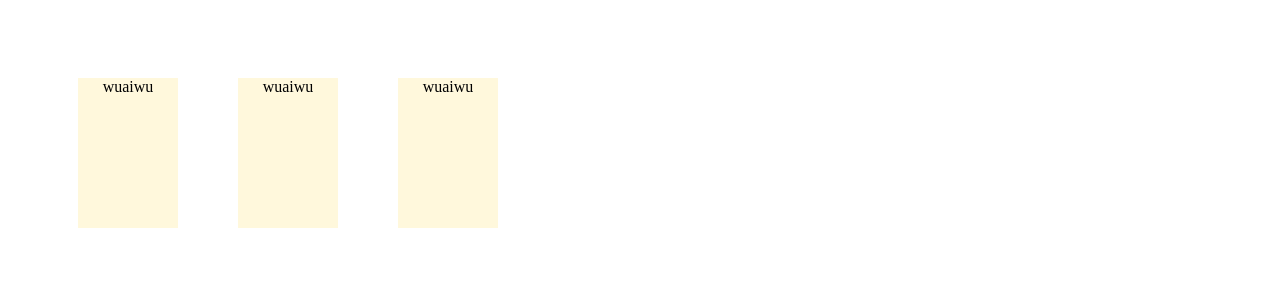
Repository: monijijian/VScodeProject
Page: 02.CSS/过渡和动画.html/过渡.html
These files come from the project's save history. The page is drawn as it stood at one moment and after the next save; the edit follows.
The browser window is 1280 px wide. The pictures show the whole page.

Above is the page before, as saved 2020-10-14 17:25:09.

After the next save:
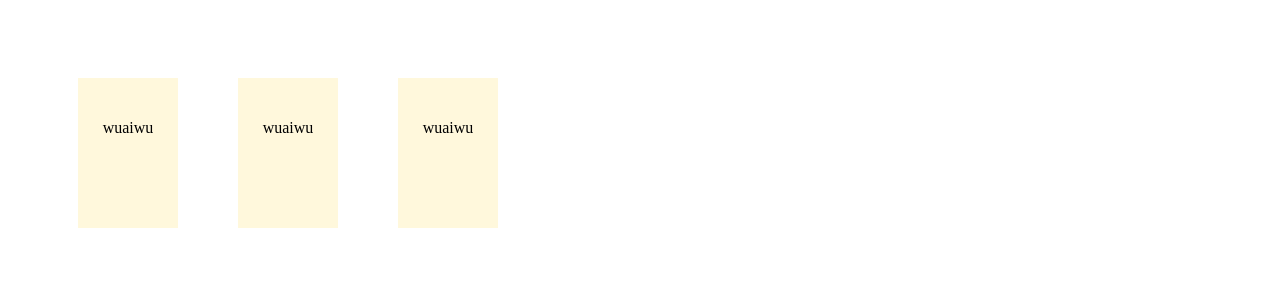
Saved 37 s later.
--- a/02.CSS/过渡和动画.html/过渡.html
+++ b/02.CSS/过渡和动画.html/过渡.html
@@ -37,7 +37,7 @@
             text-align: center;
             height: 100%;
             width: 100%;
-            /* line-height: 150px; */
+            line-height: 100px;
             padding: 0;
         }
         .spn2{

After the save that followed:
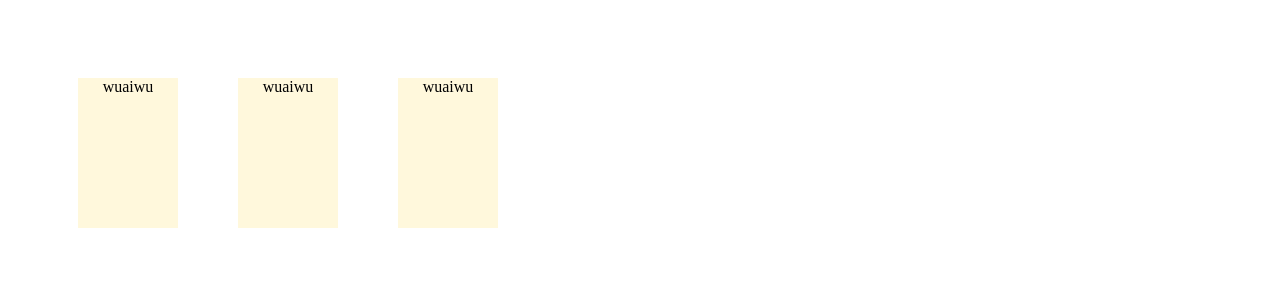
Saved 23 s later.
--- a/02.CSS/过渡和动画.html/过渡.html
+++ b/02.CSS/过渡和动画.html/过渡.html
@@ -35,9 +35,10 @@
         .spn1{
             position: absolute;
             text-align: center;
+            text-justify: distribute-all-lines;
             height: 100%;
             width: 100%;
-            line-height: 100px;
+            /* line-height: 100px; */
             padding: 0;
         }
         .spn2{
